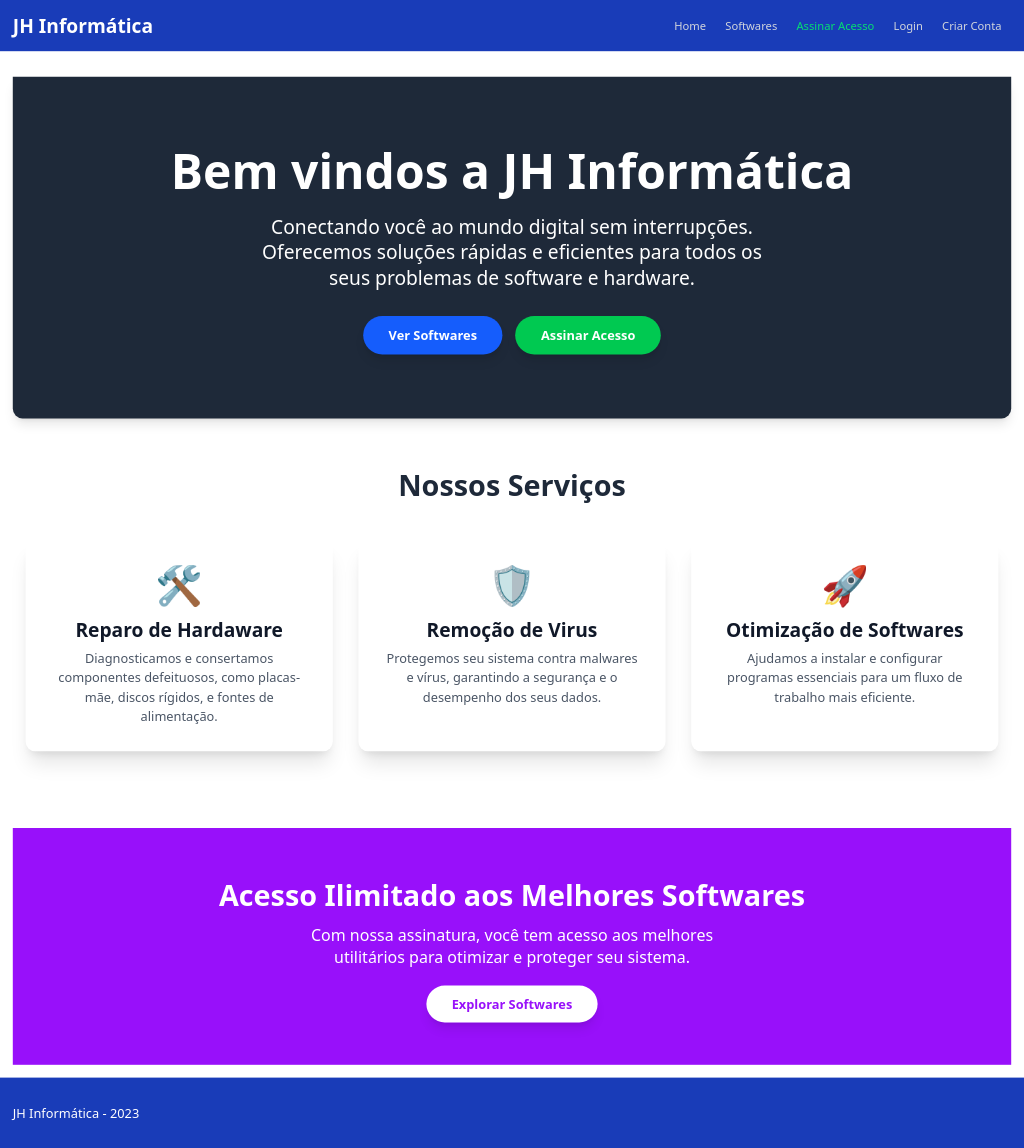
Repository: estevam02009/jh-info
Page: / (app in frontend/)
The author's editor kept a copy of each file at every save. The page is drawn from the files as they stood at one save, then again after the next save.
The browser window is 1280 px wide. The pictures show the whole page, at 80% of full size.
The project was rebuilt for these pictures with package versions that can differ from the ones it lists, and the page was loaded fresh each time. Also part of the build but not shown: frontend/src/pages/Login.jsx, frontend/src/pages/Register.jsx, frontend/src/pages/Dashboard.jsx, frontend/src/components/ProtectedRoute.jsx, frontend/src/pages/SoftwareList.jsx, frontend/src/pages/SoftwareDetails.jsx, frontend/src/pages/SoftwareManagement.jsx, frontend/src/pages/PaymentPage.jsx and 1 more.

Above is the page before, as saved 2025-07-13 13:48:56.

### frontend/index.html
<!doctype html>
<html lang="en">
  <head>
    <meta charset="UTF-8" />
    <link rel="icon" type="image/svg+xml" href="/vite.svg" />
    <meta name="viewport" content="width=device-width, initial-scale=1.0" />
    <title>JH Informática</title>
  </head>
  <body>
    <div id="root"></div>
    <script type="module" src="/src/main.jsx"></script>
  </body>
</html>

### frontend/src/main.jsx
// src/main.jsx
import React from 'react';
import ReactDOM from 'react-dom/client';
import App from './App.jsx';
import './index.css'; // Para estilos globais
import { BrowserRouter } from 'react-router-dom';
import { AuthProvider } from './context/AuthContext.jsx'; // Contexto de Autenticação

ReactDOM.createRoot(document.getElementById('root')).render(
    <React.StrictMode>
        <BrowserRouter>
            <AuthProvider> {/* O AuthProvider envolve toda a aplicação */}
                <App />
            </AuthProvider>
        </BrowserRouter>
    </React.StrictMode>,
);

### frontend/src/App.jsx
import React from "react";
import {Link, Routes, Route} from "react-router-dom";
import Login from "./pages/Login.jsx";
import Register from "./pages/Register.jsx";
import Home from "./pages/Home.jsx";
import Dashboard from "./pages/Dashboard.jsx";
import ProtectedRoute from "./components/ProtectedRoute";
import SoftwareList from "./pages/SoftwareList";
import SoftwareDetails from "./pages/SoftwareDetails";
import SoftwareManagement from "./pages/SoftwareManagement";
import PaymentPage from "./pages/PaymentPage";
import MySoftwares from "./pages/MySoftwares.jsx";
import { useAuth } from "./context/AuthContext";


const App = () => {

    const { user, logout } = useAuth(); // Obtém o estado do usuário e a função de logout

    return (
        <>
            <nav className="bg-blue-800 p-4">
                <div className="container mx-auto flex justify-between items-center">
                    <Link to="/" className="text-white text-2xl font-bold">JH Informática</Link>
                    <div>
                        <Link to="/" className="text-gray-300 hover:bg-white hover:text-blue-500 px-3 py-2 rounded-md text-sm font-medium">Home</Link>
                        <Link to="/softwares" className="text-gray-300 hover:bg-white hover:text-blue-500 px-3 py-2 rounded-md text-sm font-medium">Softwares</Link>

                        {/* Link para a página de Pagamento/Assinatura */}
                        {!user?.hasPaidAccess && (
                            <Link to="/subscribe" className="text-green-400 hover:bg-gray-700 hover:text-green-200 px-3 py-2 rounded-md text-sm font-medium">Assinar Acesso</Link>
                        )}

                    {/*    Links visiveis apenas se o usuário estiver logado    */}
                        {user ? (
                            <>
                                <Link to="/dashboard" className="text-gray-300 hover:bg-white hover:text-blue-500 px-3 py-2 rounded-md text-sm font-medium">Dashboard</Link>
                                {user.hasPaidAccess && ( // Mostrar "Meus Softwares" apenas se tiver pago
                                    <Link to="/my-softwares" className="text-gray-300 hover:bg-white hover:text-blue-500 px-3 py-2 rounded-md text-sm font-medium">Meus Softwares</Link>
                                )}
                            {/* Link para gerenciamento de softwares - visivel apenas para admins logados */}
                                {user.role === "admin" && (
                                    <Link to="/admin/softwares" className="text-gray-300 hover:bg-white hover:text-blue-500 px-3 py-2 rounded-md text-sm font-medium">Gerenciar Softwares</Link>
                                )}
                                <button
                                    onClick={logout}
                                    className="bg-red-600 hover:bg-red-800 px-3 py-2 rounded-md text-sm text-white font-medium ml-4"
                                >Sair</button>
                            </>
                        ) : (

                            <>
                                {/* Links visivéis apenas se o usuário não estiver logado */}
                                <Link to="/login" className="text-gray-300 hover:bg-white hover:text-blue-500 px-3 py-2 rounded-md text-sm font-medium">Login</Link>
                                <Link to="/register" className="text-gray-300 hover:bg-white hover:text-blue-500 px-3 py-2 rounded-md text-sm font-medium">Criar Conta</Link>
                            </>
                        )}
                    </div>
                </div>
            </nav>

            {/* Conteúdo principal*/}
            <div className="container mx-auto p-4 mt-4">
                <Routes>
                    <Route path="/" element={<Home />} />
                    <Route path="/login" element={<Login />} />
                    <Route path="/register" element={<Register />} />

                    <Route path="/softwares" element={<SoftwareList />} /> {/* <-- Nova Rota */}
                    <Route path="/softwares/:id" element={<SoftwareDetails />} />

                    {/* Rota para a página de assinatura. É acessível se o usuário estiver logado ou não, mas a lógica de pagamento exige login */}
                    <Route path="/subscribe" element={<PaymentPage />} />

                {/* Rotas protegidas */}
                    <Route element={<ProtectedRoute />}>
                        <Route path="/dashboard" element={<Dashboard />}></Route>
                        <Route path="/my-softwares" element={<MySoftwares />} />
                    </Route>

                    <Route element={<ProtectedRoute allowedRoles={['admin']} />}>
                        <Route path="/admin/softwares" element={<SoftwareManagement />} />
                    </Route>

                    <Route path="*" element={<h2 className="text-4xl font-bold text-red-500">404 - Página não encontrada</h2>}></Route>
                </Routes>
            </div>

            {/* Footer (Rodapé) */}
            <footer className='bg-blue-800 p-4 text-white py-8 px-4 mt-auto'>
                <p>JH Informática - 2023</p>
            </footer>
        </>
    )
}

export default App;

### frontend/src/context/AuthContext.jsx
// src/context/AuthContext.jsx
import React, { createContext, useState, useEffect, useContext } from 'react';
import axios from 'axios';

const AuthContext = createContext();

export const AuthProvider = ({ children }) => {
    // O estado 'user' agora conterá o campo 'hasPaidAccess'
    const [user, setUser] = useState(null);
    const [token, setToken] = useState(null);
    const [loading, setLoading] = useState(true); // Para saber se o token está sendo verificado

    // Base da URL da sua API
    const API_URL = 'http://localhost:5000/api'; // Certifique-se que a porta está correta

    // Carrega o token e usuário do localStorage ao iniciar
    useEffect(() => {
        const storedToken = localStorage.getItem('token');
        const storedUser = localStorage.getItem('user');

        if (storedToken && storedUser) {
            setToken(storedToken);

            if (storedToken && storedUser) {
                setToken(storedToken);
                // Garante que o usuário no estado inclui 'hasPaidAccess'
                try {
                    const userData = JSON.parse(storedUser);
                    setUser(userData);
                } catch (error) {
                    console.error('Erro ao fazer parse do usuário do localStorage:', error);
                    localStorage.removeItem('token');
                    localStorage.removeItem('user');
                }
            }

            // Configura o token no cabeçalho padrão do Axios para todas as requisições
            axios.defaults.headers.common['Authorization'] = `Bearer ${storedToken}`;
        }
        setLoading(false);
    }, []);

    const login = async (email, password) => {
        try {
            const response = await axios.post(`${API_URL}/auth/login`, { email, password });
            const { token, hasPaidAccess, ...userData } = response.data; // Capture 'hasPaidAccess'

            setToken(token);
            // Certifique-se de que o objeto user no estado inclui hasPaidAccess
            setUser({ ...userData, hasPaidAccess: hasPaidAccess });

            localStorage.setItem('token', token);
            // Armazene o objeto de usuário completo no localStorage, incluindo 'hasPaidAccess'
            localStorage.setItem('user', JSON.stringify({ ...userData, hasPaidAccess: hasPaidAccess }));

            axios.defaults.headers.common['Authorization'] = `Bearer ${token}`; // Atualiza o header
            return response.data;
        } catch (error) {
            console.error('Erro de login:', error.response?.data || error.message);
            throw error.response?.data || { message: 'Erro ao fazer login' };
        }
    };

    // Função para atualizar o estado do usuário (útil após o pagamento)
    const updateUserAccessStatus = (updatedUser) => {
        setUser(updatedUser);
        localStorage.setItem('user', JSON.stringify(updatedUser));
    }

    const register = async (name, email, password, role = 'user') => {
        try {
            const response = await axios.post(`${API_URL}/auth/register`, { name, email, password, role });
            // Geralmente, após o registro, você pode logar o usuário automaticamente ou redirecioná-lo para a tela de login
            return response.data;
        } catch (error) {
            console.error('Erro de registro:', error.response?.data || error.message);
            throw error.response?.data || { message: 'Erro ao registrar' };
        }
    };

    const logout = () => {
        setToken(null);
        setUser(null);
        localStorage.removeItem('token');
        localStorage.removeItem('user');
        delete axios.defaults.headers.common['Authorization']; // Remove o header do Axios
    };

    return (
        <AuthContext.Provider value={{ user, token, loading, login, register, logout, updateUserAccessStatus }}>
            {children}
        </AuthContext.Provider>
    );
};

export const useAuth = () => useContext(AuthContext);

### frontend/src/pages/Home.jsx
import React from 'react';
import { Link } from 'react-router-dom';

const Home = () => {
    return (
        <div className="flex flex-col items-center">

            {/* Seção Principal (Hero) */}
            <div className='bg-gray-800 text-white w-full py-20 px-4 text-center rounded-b-xl shadow-lg'>
                <h1 className='text-5xl md:text-6xl font-extrabold leading-tight mb-4'>
                    Bem vindos a JH Informática
                </h1>
                <p className='text-xl md:text-2xl font-light max-w-2xl mx-auto mb-8'>
                    Conectando você ao mundo digital sem interrupções. Oferecemos soluções rápidas e eficientes para todos os seus problemas de software e hardware.
                </p>
                <div className="flex justify-center space-x-4">
                    <Link
                        to="/softwares"
                        className="bg-blue-600 hover:bg-blue-700 text-white font-bold py-3 px-8 rounded-full shadow-lg transition duration-300"
                    >
                        Ver Softwares
                    </Link>
                    <Link
                        to="/subscribe"
                        className="bg-green-500 hover:bg-green-700 text-white font-bold py-3 px-8 rounded-full shadow-lg transition duration-300"
                    >
                        Assinar Acesso
                    </Link>
                </div>
            </div>

            {/* Seção nossos serviços */}
            <div className="container mx-auto py-16 px-4">
                <h2 className="text-4xl font-bold text-center text-gray-800 mb-12">Nossos Serviços</h2>
                <div className='grid grid-cols-1 md:grid-cols-2 lg:grid-cols-3 gap-8'>

                    {/* Card de Serviços */}
                    <div className='bg-white rounded-xl shadow-xl p-8 text-center transition-transform transform hover:scale-106 duration-300'>
                        <div className='text-5xl text-blue-600 mb-4'>🛠️</div>
                        <h3 className='text-2xl font-semibold text-gray-900 mb-2'>Reparo de Hardaware</h3>
                        <p className='text-gray-600'>
                            Diagnosticamos e consertamos componentes defeituosos, como placas-mãe, discos rígidos, e fontes de alimentação.
                        </p>
                    </div>

                    {/* Card de Serviços 2 */}
                    <div className='bg-white rounded-xl shadow-xl p-8 text-center transition-transform transform hover:scale-106 duration-300'>
                        <div className='text-5xl text-blue-600 mb-4'>🛡️</div>
                        <h3 className='text-2xl font-semibold text-gray-900 mb-2'>Remoção de Virus</h3>
                        <p className='text-gray-600'>
                            Protegemos seu sistema contra malwares e vírus, garantindo a segurança e o desempenho dos seus dados.
                        </p>
                    </div>

                    {/* Card de Serviços 2 */}
                    <div className='bg-white rounded-xl shadow-xl p-8 text-center transition-transform transform hover:scale-106 duration-300'>
                        <div className='text-5xl text-blue-600 mb-4'>🚀</div>
                        <h3 className='text-2xl font-semibold text-gray-900 mb-2'>Otimização de Softwares</h3>
                        <p className='text-gray-600'>
                            Ajudamos a instalar e configurar programas essenciais para um fluxo de trabalho mais eficiente.
                        </p>
                    </div>
                </div>
            </div>

            {/* Seção de chamada para a ação */}
            <div className="w-full bg-purple-600 text-white text-center py-16 px-4 mt-8">
                <h2 className="text-3xl md:text-4xl font-bold mb-4">Acesso Ilimitado aos Melhores Softwares</h2>
                <p className="text-lg md:text-xl font-light mb-8 max-w-xl mx-auto">
                    Com nossa assinatura, você tem acesso aos melhores utilitários para otimizar e proteger seu sistema.
                </p>
                <Link
                    to="/softwares"
                    className="bg-white text-purple-600 font-bold py-3 px-8 rounded-full shadow-lg transition duration-300 hover:bg-gray-100"
                >
                    Explorar Softwares
                </Link>
            </div>
        </div>
    )
}

export default Home;

Loaded but not shown: frontend/src/index.css (common file)

After the next save:
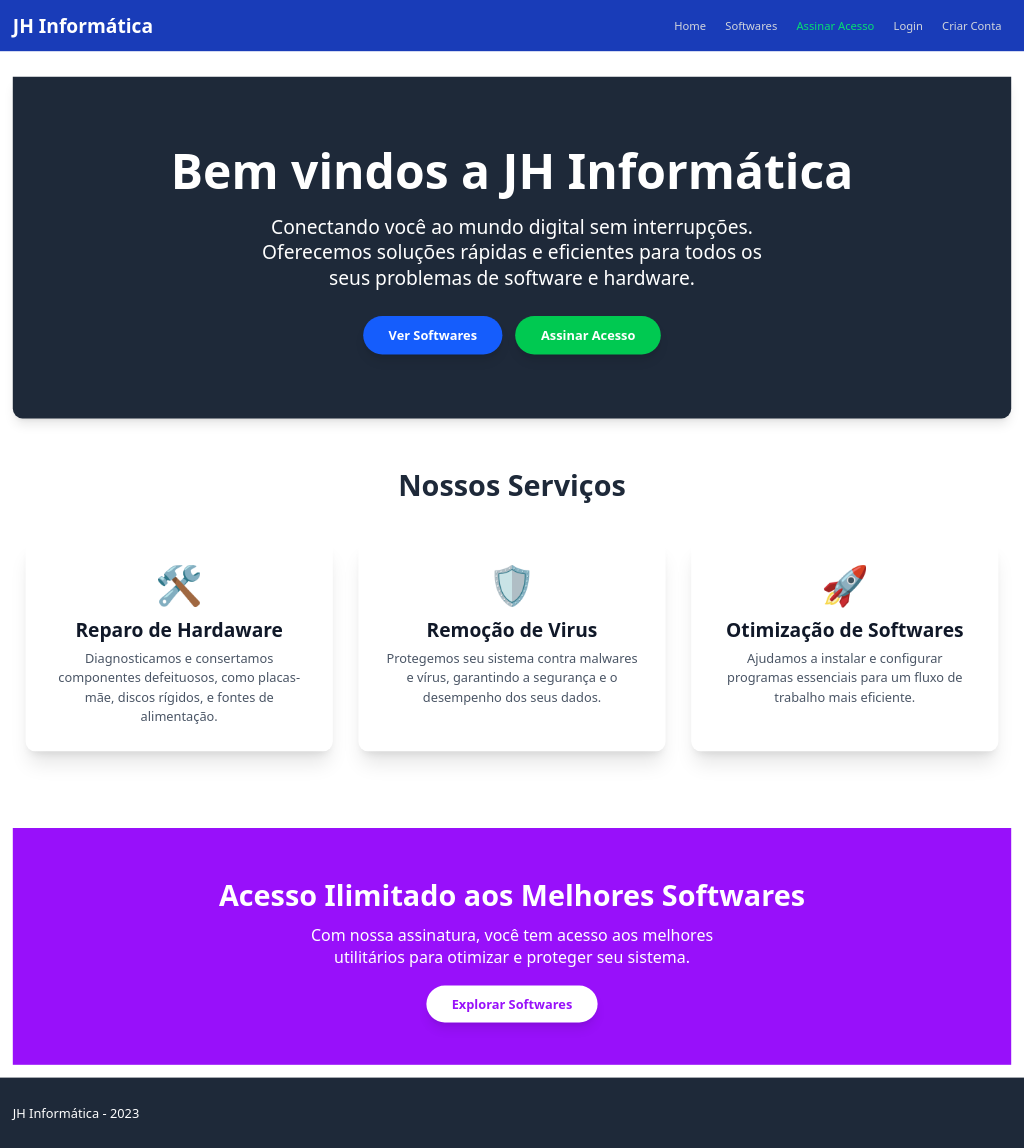
Saved 22 s later.
--- a/frontend/src/App.jsx
+++ b/frontend/src/App.jsx
@@ -87,7 +87,7 @@ const App = () => {
             </div>
 
             {/* Footer (Rodapé) */}
-            <footer className='bg-blue-800 p-4 text-white py-8 px-4 mt-auto'>
+            <footer className='bg-gray-800 p-4 text-white py-8 px-4 mt-auto'>
                 <p>JH Informática - 2023</p>
             </footer>
         </>
